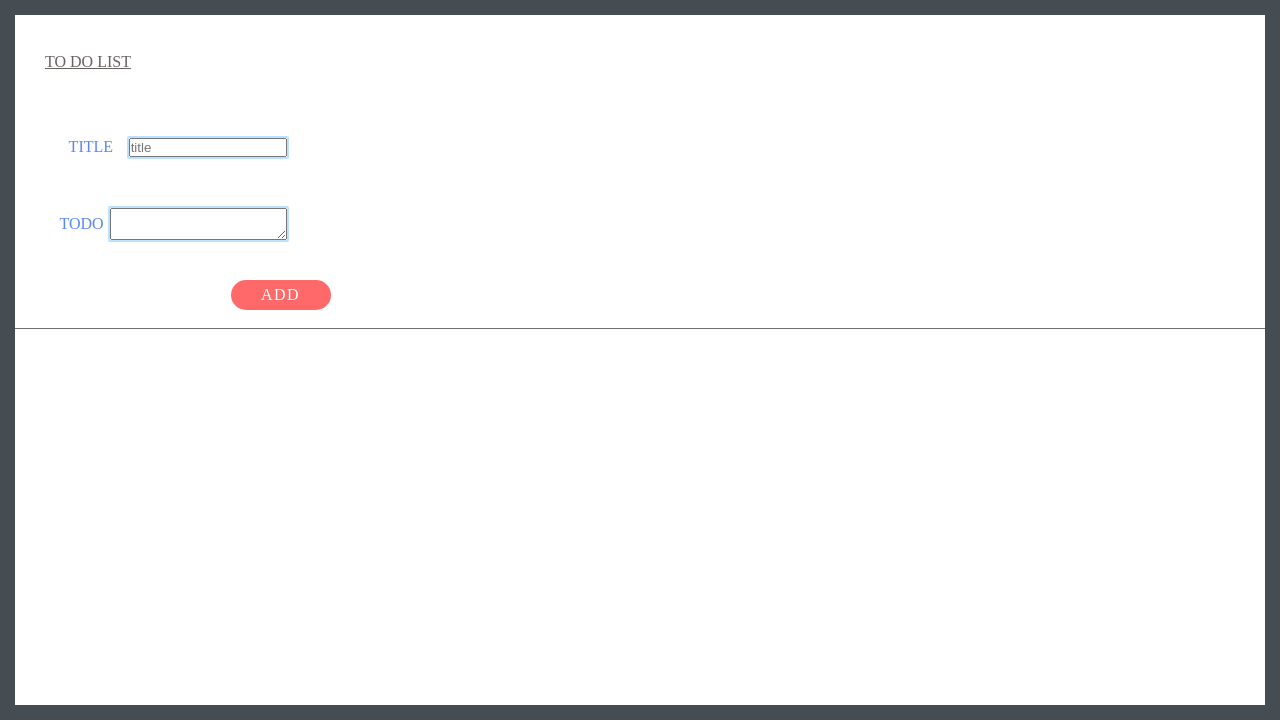
Repository: NagataRyuji0630/shinjin-otameshi
Page: todo_white_board.html
An editor plug-in stored every save of this project. The page is shown before and after the next save, followed by the edit.
The browser window is 1280 px wide. The pictures show the whole page.

Above is the page before, as saved 2020-06-11 23:11:39.
Not found: todoWhiteBoard.js

After the next save:
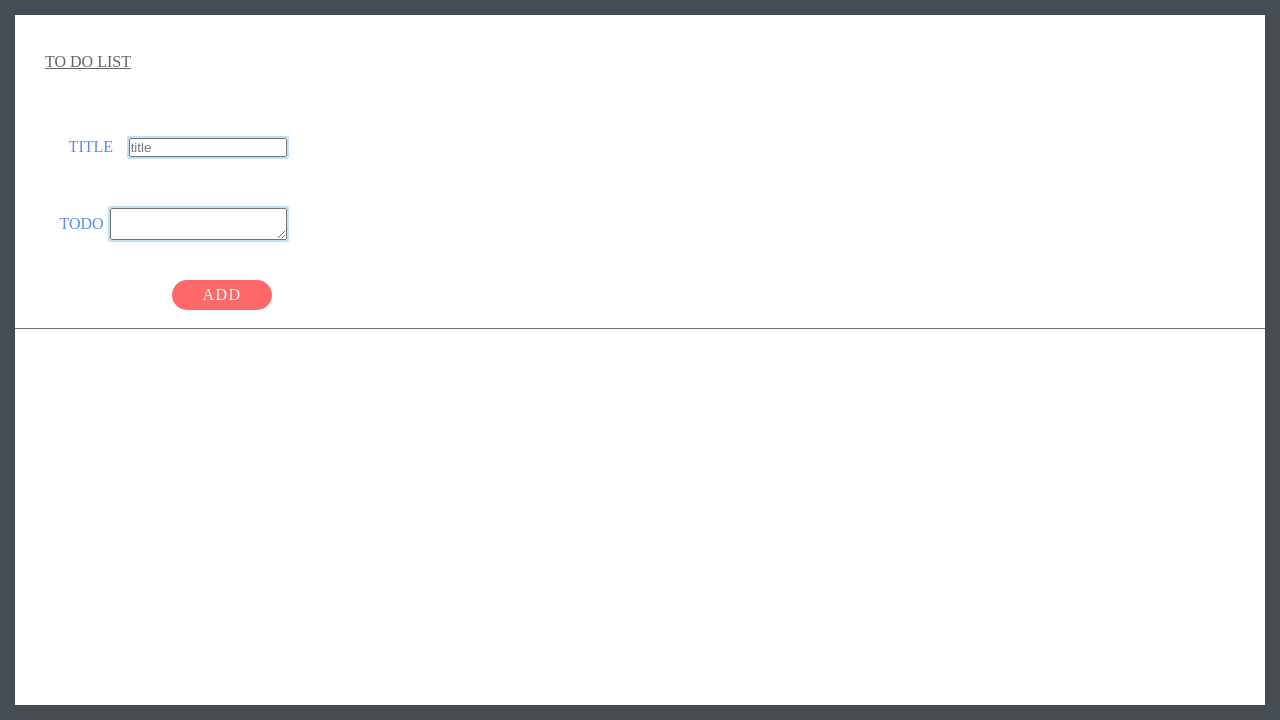
Saved 11 s later.
--- a/todo_white_board.css
+++ b/todo_white_board.css
@@ -112,7 +112,7 @@
 
 #todo_add_btn {
     position: relative;
-    left: 15%
+    left: 10%
 }
 
 .btn_text {

After the save that followed:
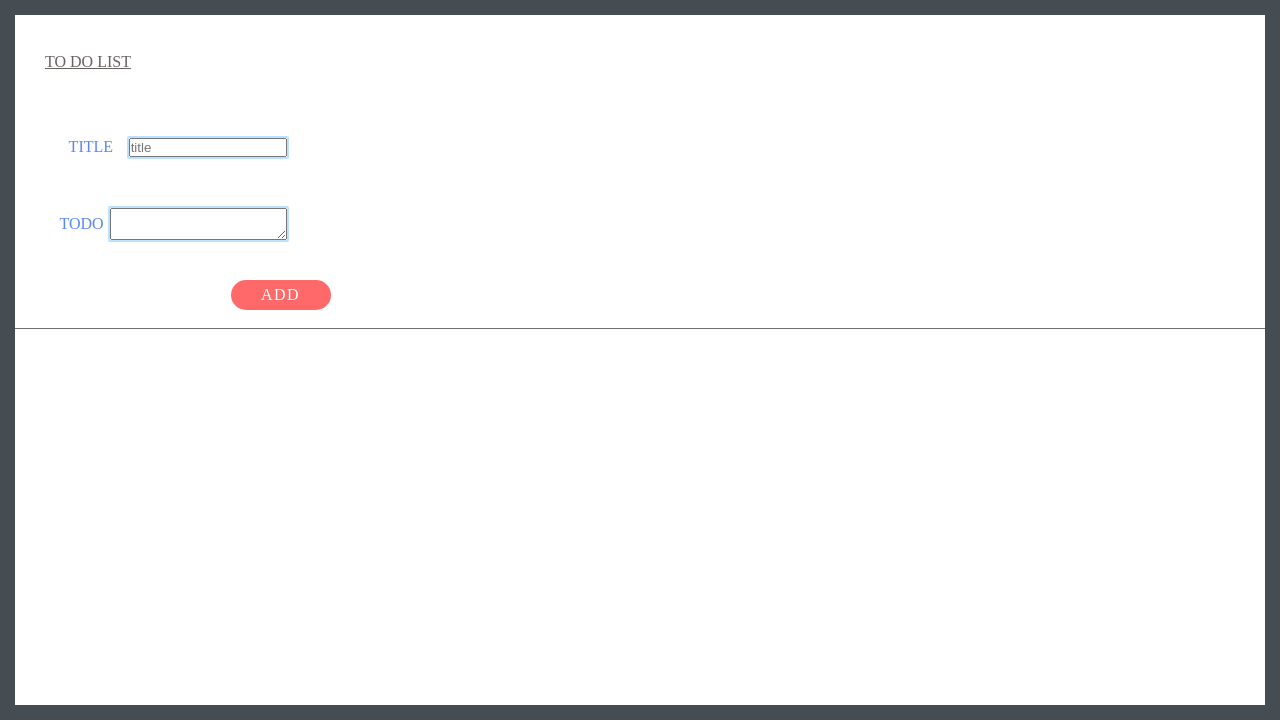
Saved 6 s later.
--- a/todo_white_board.css
+++ b/todo_white_board.css
@@ -112,7 +112,7 @@
 
 #todo_add_btn {
     position: relative;
-    left: 10%
+    left: 15%
 }
 
 .btn_text {
